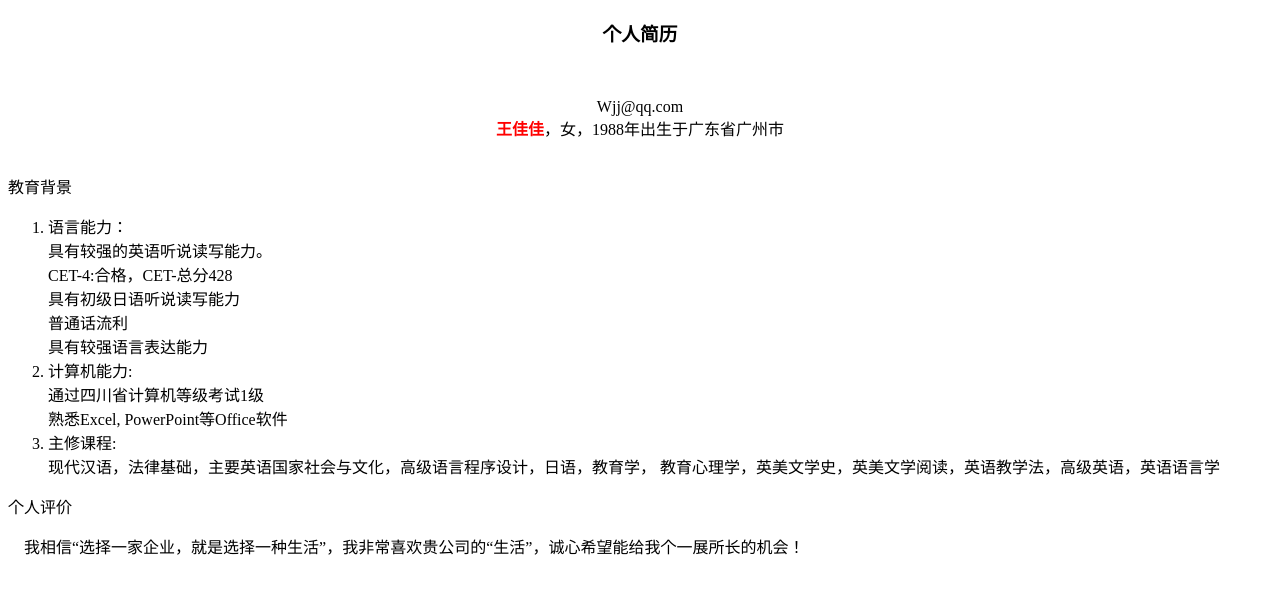
Repository: sheep9590/Test
Page: http://localhost/Prj03/
The author's editor kept a copy of each file at every save. The page is drawn from the files as they stood at one save, then again after the next save.
The browser window is 1280 px wide. The pictures show the whole page.
The page is served by Tomcat 9.

Above is the page before, as saved 2021-09-02 16:01:17.

### eclipse-workspace/Prj03/WebRoot/index.jsp
<%@ page language="java" contentType="text/html; charset=UTF-8"
    pageEncoding="UTF-8"%>
<!DOCTYPE html>
<html>
<head>
<meta charset="UTF-8">
<title>我的第一个 HTML 页面</title>
</head>
<body>
<h3 align="center">个人简历</h3><br>
<p align="center">Wjj@qq.com<br>
<font color="#FF0000" face="仿宋_GB2312" size="3"><b>王佳佳</b></font>，女，1988年出生于广东省广州市</p><br>
教育背景
<ol>
<li>语言能力：<br>具有较强的英语听说读写能力。<br>CET-4:合格，CET-总分428<br>具有初级日语听说读写能力<br>普通话流利<br>
具有较强语言表达能力 </li>
<li>计算机能力:<br>通过四川省计算机等级考试1级<br>熟悉Excel, PowerPoint等Office软件</li>
<li>主修课程:<br>现代汉语，法律基础，主要英语国家社会与文化，高级语言程序设计，日语，教育学， 教育心理学，英美文学史，英美文学阅读，英语教学法，高级英语，英语语言学</li>
</ol>
个人评价
<p>&nbsp;&nbsp;&nbsp;&nbsp;我相信“选择一家企业，就是选择一种生活”，我非常喜欢贵公司的“生活”，诚心希望能给我个一展所长的机会！</p>
</body>
</html>

After the next save:
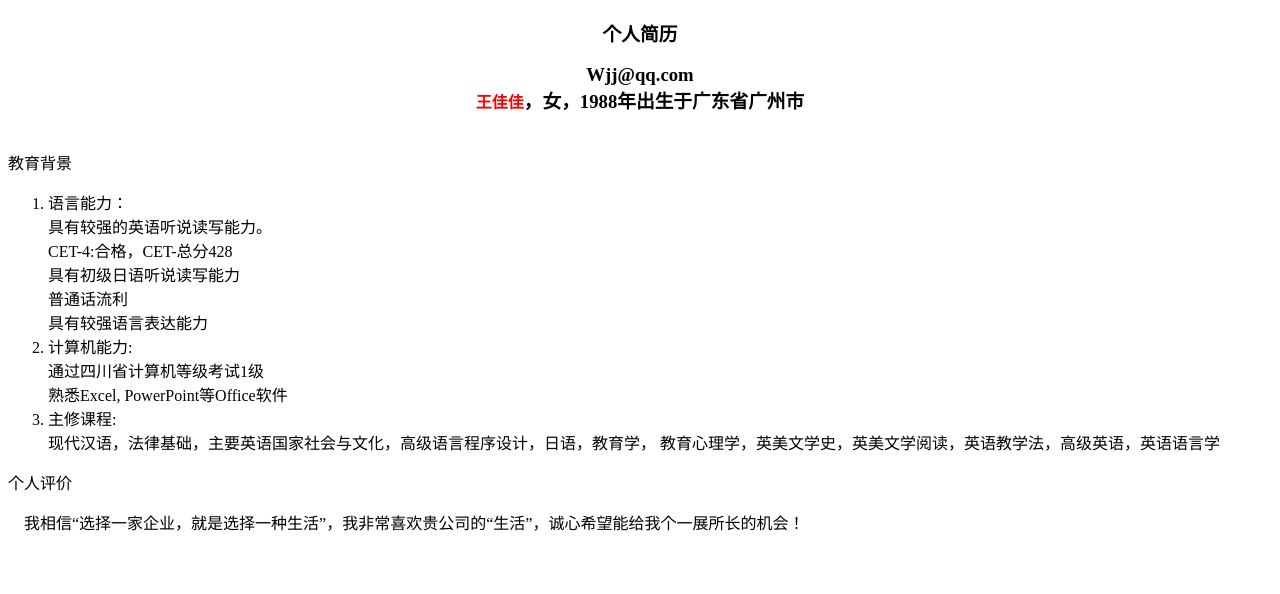
Saved 98 s later.
--- a/eclipse-workspace/Prj03/WebRoot/index.jsp
+++ b/eclipse-workspace/Prj03/WebRoot/index.jsp
@@ -7,9 +7,9 @@
 <title>我的第一个 HTML 页面</title>
 </head>
 <body>
-<h3 align="center">个人简历</h3><br>
-<p align="center">Wjj@qq.com<br>
-<font color="#FF0000" face="仿宋_GB2312" size="3"><b>王佳佳</b></font>，女，1988年出生于广东省广州市</p><br>
+<h3 align="center">个人简历<br>
+<p> Wjj@qq.com<br>
+<font color="#FF0000" face="仿宋_GB2312" size="3"><b>王佳佳</b></font>，女，1988年出生于广东省广州市</p></h3><br>
 教育背景
 <ol>
 <li>语言能力：<br>具有较强的英语听说读写能力。<br>CET-4:合格，CET-总分428<br>具有初级日语听说读写能力<br>普通话流利<br>
